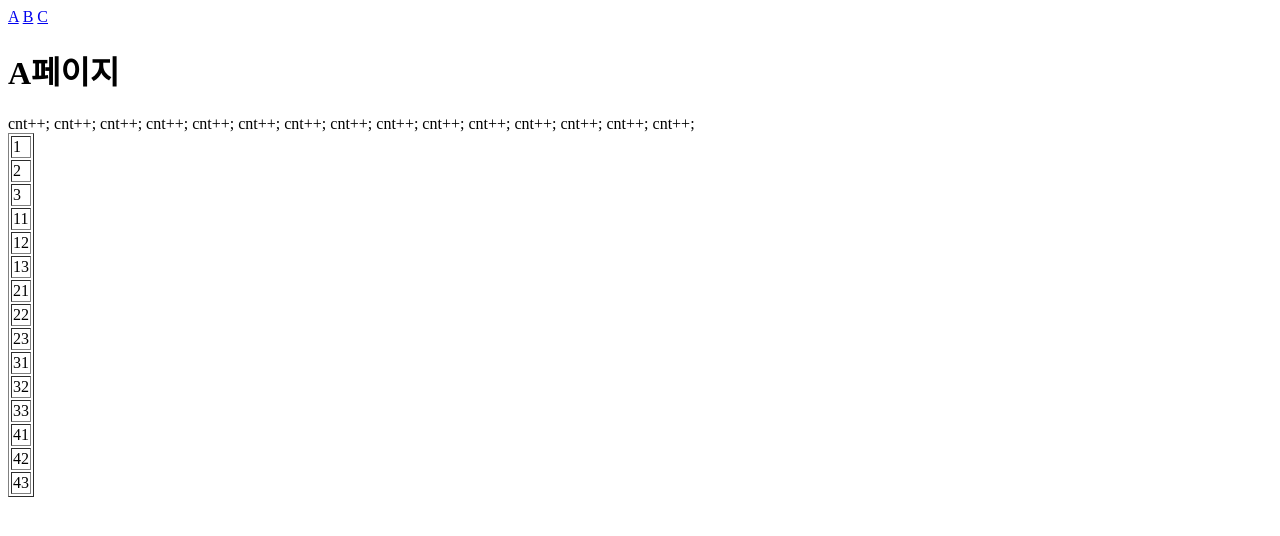
Repository: blueochild/jsp-study
Page: http://localhost/test/index.jsp?section=A
The author's editor kept a copy of each file at every save. The page is drawn from the files as they stood at one save, then again after the next save.
The browser window is 1280 px wide. The pictures show the whole page.
The page is served by Tomcat 9.

Above is the page before, as saved 2020-12-07 05:19:35.

After the next save:
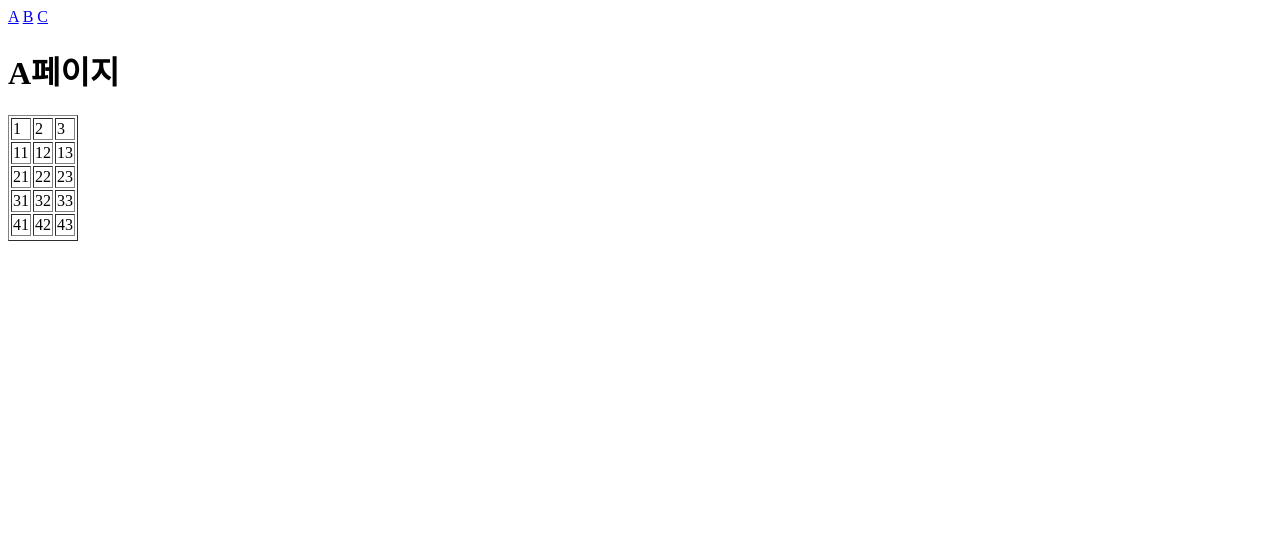
Saved 98 s later.
--- a/Test_Education_JSP/test/WebContent/index.jsp
+++ b/Test_Education_JSP/test/WebContent/index.jsp
@@ -34,11 +34,11 @@
 		<%
 		int cnt = 0;
 		for(int number : array){
-		%>
-				cnt++;
-				<td><% out.println(number); %></td>
-			</tr>
-		<%
+			cnt++;
+			%><td><%= number %></td><%
+			if(cnt % 3 == 0){
+				%></tr><tr><%
+			}
 		}
 		%>
 	</table>
